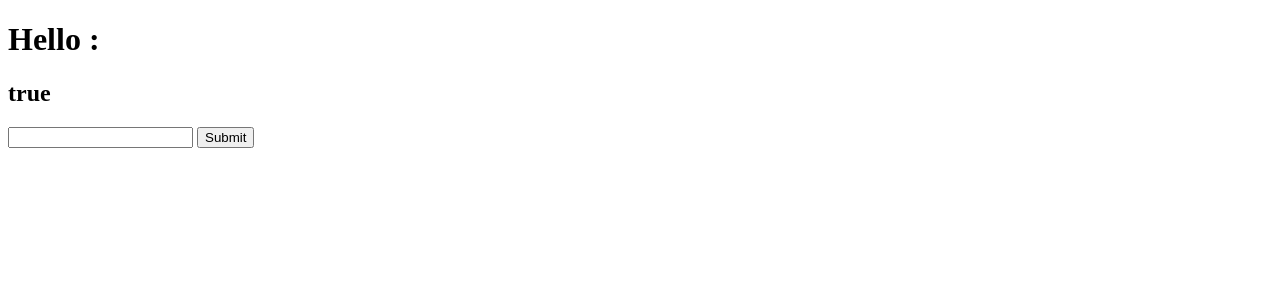
Repository: imrangthub/BlogUsingCoreJava
Page: http://localhost/StartingJsp_00/ExpressionLanguageOfJsp/templateText.jsp
The author's editor kept a copy of each file at every save. The page is drawn from the files as they stood at one save, then again after the next save.
The browser window is 1280 px wide. The pictures show the whole page.
The page is served by Tomcat 9.

Above is the page before, as saved 2016-12-26 10:40:28.

After the next save:
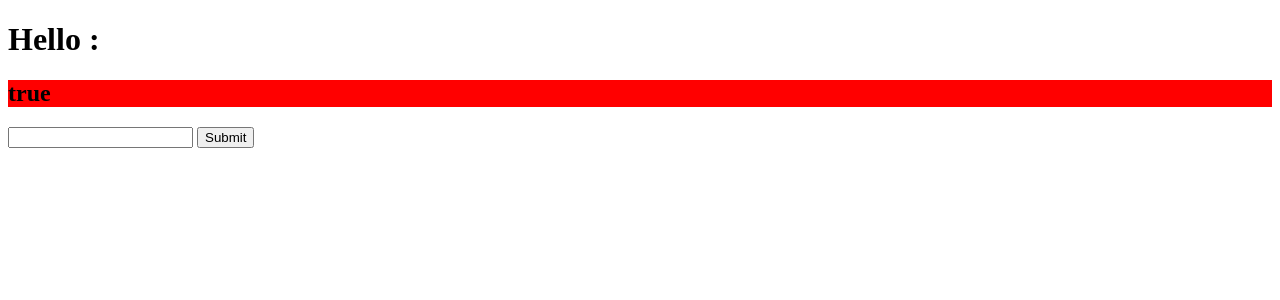
Saved 56 s later.
--- a/StartingJsp_00/WebContent/ExpressionLanguageOfJsp/templateText.jsp
+++ b/StartingJsp_00/WebContent/ExpressionLanguageOfJsp/templateText.jsp
@@ -12,7 +12,7 @@
 
 <h1>Hello : ${param['userName'] }</h1>
 
-<h2 bgcolor="red">${empty param.userName}</h2>
+<h2 style="background-color: red;">${empty param.userName}</h2>
 
 <form action="templateText.jsp" method="post">
 
